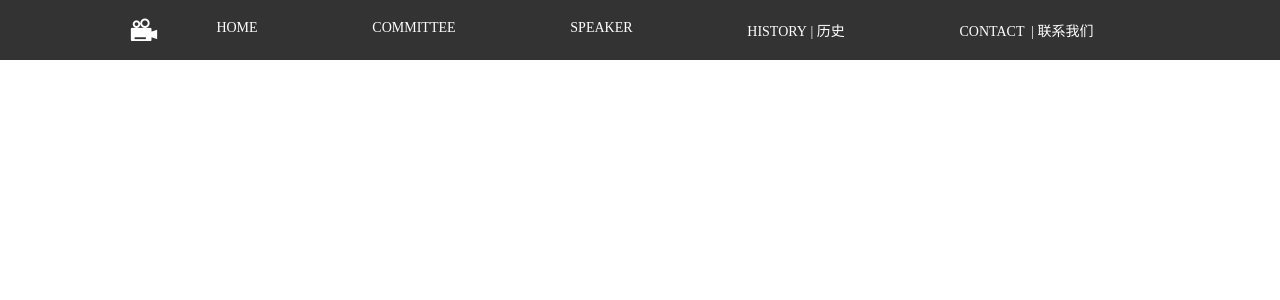
Repository: sunfeinb/huiyi
Page: /
The author's editor kept a copy of each file at every save. The page is drawn from the files as they stood at one save, then again after the next save.
The browser window is 1280 px wide. The pictures show the whole page.
The project was rebuilt for these pictures with package versions that can differ from the ones it lists, and the page was loaded fresh each time.

Above is the page before, as saved 2021-11-02 16:26:38.

After the next save:
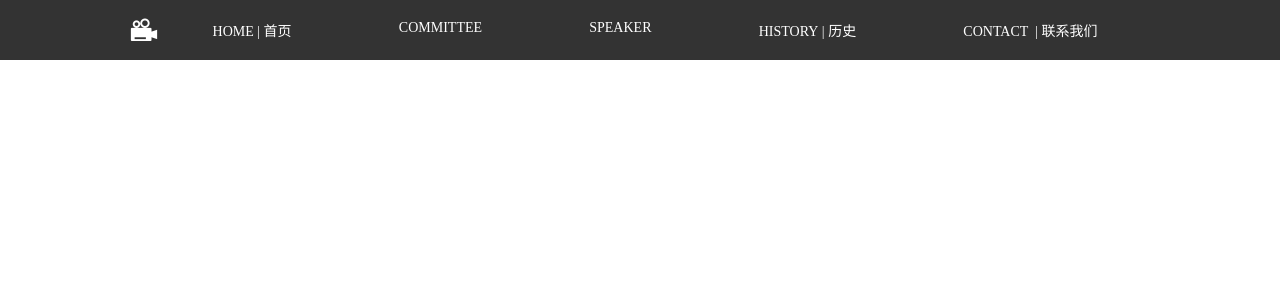
Saved 17 s later.
--- a/src/views/Home.vue
+++ b/src/views/Home.vue
@@ -7,7 +7,7 @@
             <i class="el-icon-video-camera-solid" style="font-size:30px"></i>
           </div>
           <div class="box1">
-            <div class="homeing">HOME</div>
+            <div class="homeing">HOME&nbsp;|&nbsp;首页</div>
             <div class="commit">COMMITTEE</div>
             <div class="Speaker">SPEAKER</div>
             <div class="hist">HISTORY&nbsp;|&nbsp;历史</div>
